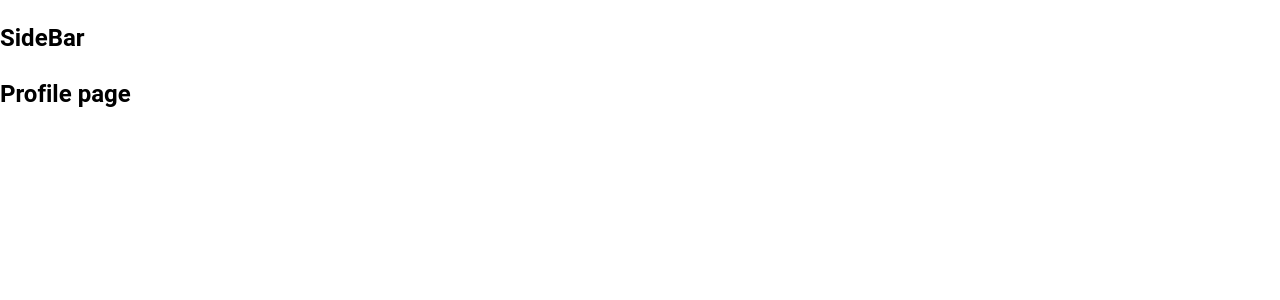
Repository: ynguyen1512/tiktok-ui
Page: /profile
An editor plug-in stored every save of this project. The page is shown before and after the next save, followed by the edit.
The browser window is 1280 px wide. The pictures show the whole page.
The project was rebuilt for these pictures with package versions that can differ from the ones it lists, and the page was loaded fresh each time. Also part of the build but not shown: src/components/Layout/components/Header/Header.module.scss, src/pages/Home/index.js, src/pages/Following/index.js, src/pages/Upload/index.js, src/pages/Search/index.js. Imported but missing from the stored project, and not drawn on this page: src/components/Layout/HeaderOnly.

Above is the page before, as saved 2023-07-29 10:38:48.

After the next save:
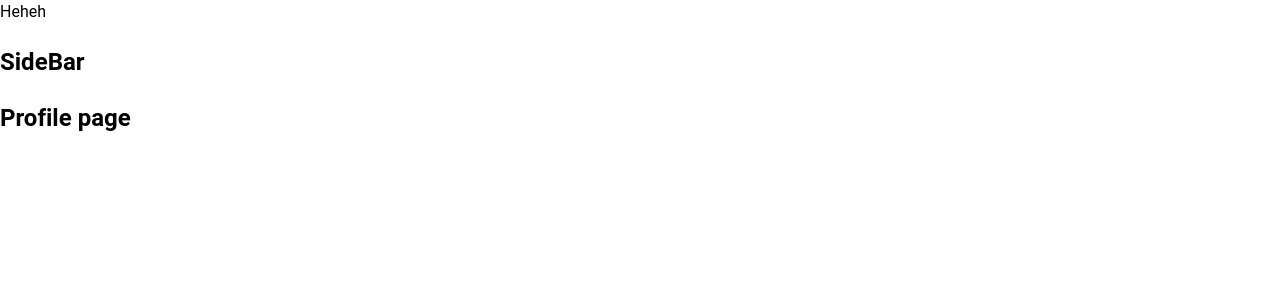
Saved 4 s later.
--- a/src/components/Layout/components/Header/index.js
+++ b/src/components/Layout/components/Header/index.js
@@ -4,7 +4,7 @@
 const cx = classNames.bind(styles);
 
 function Header() {
-    return <header className={cx('wrapper')}></header>;
+    return <header className={cx('wrapper')}>Heheh</header>;
 }
 
 export default Header;

After the save that followed:
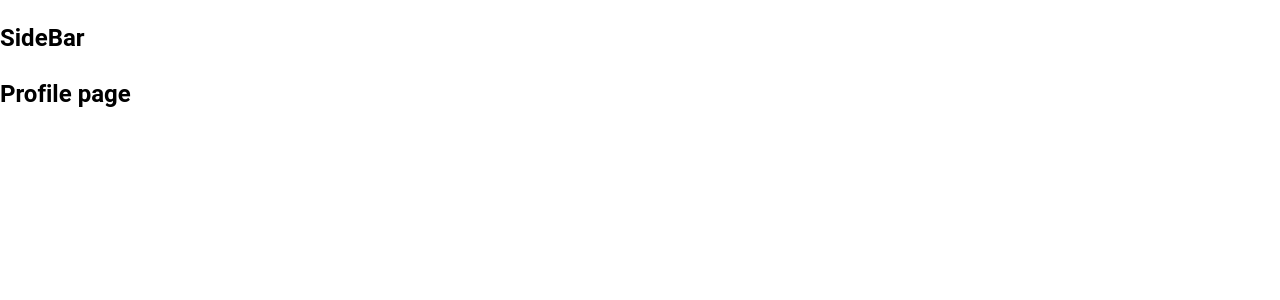
Saved 5 s later.
--- a/src/components/Layout/components/Header/index.js
+++ b/src/components/Layout/components/Header/index.js
@@ -4,7 +4,7 @@
 const cx = classNames.bind(styles);
 
 function Header() {
-    return <header className={cx('wrapper')}>Heheh</header>;
+    return <header className={cx('wrapper')}></header>;
 }
 
 export default Header;
